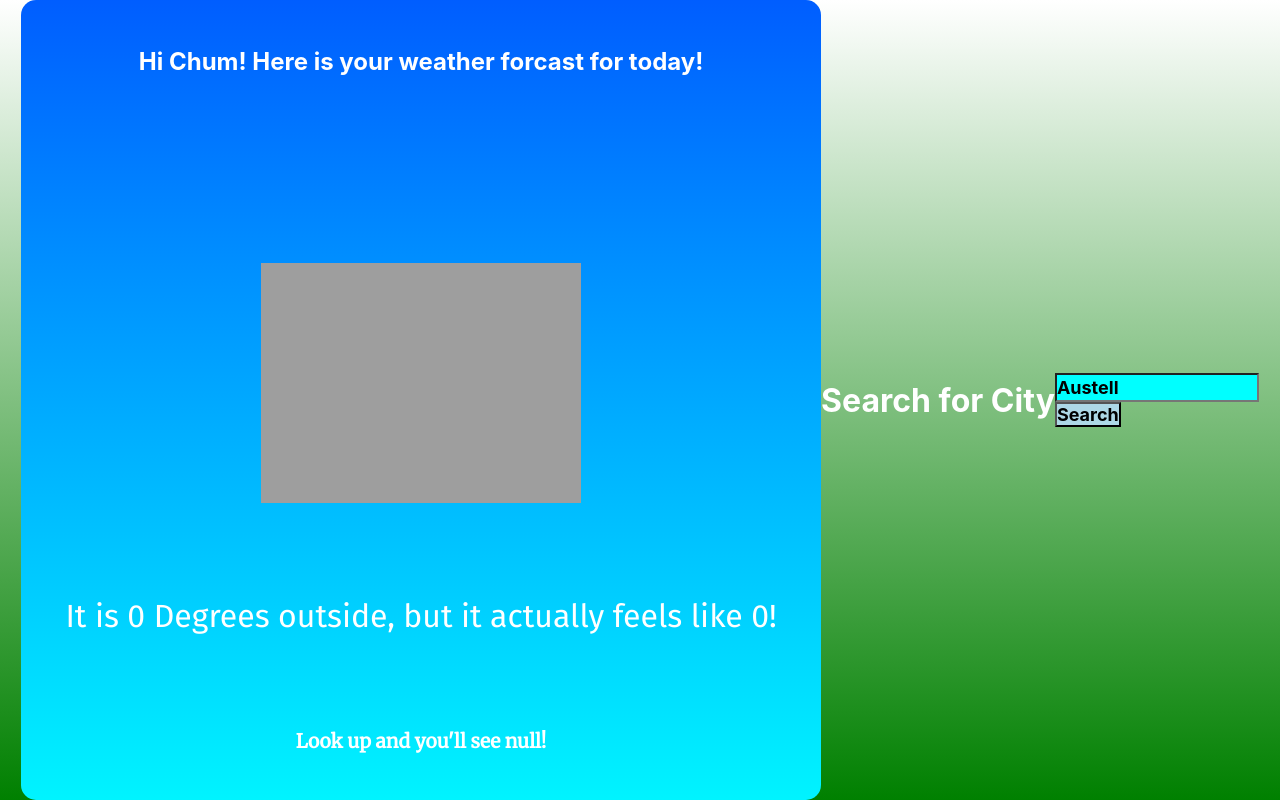
Repository: sayrilamar/chumsweatherapp
Page: /
An editor plug-in stored every save of this project. The page is shown before and after the next save, followed by the edit.
The browser window is 1280 px wide. The pictures show the whole page.
Pictures or frames that could not be fetched are drawn as grey boxes. The page's requests for data from a server got no answer. The project was rebuilt for these pictures with package versions that can differ from the ones it lists, and the page was loaded fresh each time. No one was signed in, and anything a server would have sent is missing.

Above is the page before, as saved 2020-04-19 09:04:31.

### src/index.css
* {
  margin: 0;
  padding: 0;
  font-family: -apple-system, BlinkMacSystemFont, 'Segoe UI', 'Roboto', 'Oxygen',
    'Ubuntu', 'Cantarell', 'Fira Sans', 'Droid Sans', 'Helvetica Neue',
    sans-serif;
  -webkit-font-smoothing: antialiased;
  -moz-osx-font-smoothing: grayscale;
}

body {
  background: linear-gradient(to top, green, white)
}

### src/App.js
import React, {useState, useEffect} from "react";
import "./App.css";
import WeatherCard from "./components/WeatherCard/component.js";

function App() {
  const [query,
    setQuery] = useState("Austell");
  const [weather,
    setWeather] = useState({
    temp: null,
    city: null,
    condition: null,
    country: null,
    description: null,
    feels_like: null
  });

  const data = async q => {
    const apiRes = await fetch(`http://api.openweathermap.org/data/2.5/weather?q=${q}&units=imperial&APPID=ab0ef440364092f54ff821ca2b803163`);
    const resJSON = await apiRes.json();
    return resJSON;
  };

  const handleSearch = e => {
    data(query).then(res => console.log(res));
    e.preventDefault();
    data(query).then(res => {
      setWeather({
        temp: res.main.temp,
        city: res.name,
        condition: res.weather[0].main,
        country: res.sys.country,
        description: res.weather[0].description,
        feels_like: res.main.feels_like
      });
    });
  };

  // runs once the dom is loaded for the first time only, because there is no
  // variable being watched in the dependency array
  useEffect(() => {
    data(query).then(res => {
      setWeather({
        temp: res.main.temp,
        city: res.name,
        condition: res.weather[0].main,
        country: res.sys.country,
        description: res.weather[0].description,
        feels_like: res.main.feels_like
      });
    });
  }, []);

  return (
    <div className="App">
      <div>
        <WeatherCard
          temp={Math.round(weather.temp)}
          condition={weather.condition}
          city={weather.city}
          state={weather.country}
          description={weather.description}
          feels_like={Math.round(weather.feels_like)}/>
      </div>
      <h1>Search for City</h1>
      <form>
        <div>
          <input
            className="input"
            value={query}
            onChange={e => setQuery(e.target.value)}/>
        </div>
        <div>
          <button className="button" onClick={e => handleSearch(e)}>
            Search
          </button>
        </div>
      </form>
    </div>
  );
}

export default App;

### src/App.css
@import url("https://fonts.googleapis.com/css?family=Merriweather|Fira+Sans&display=swap");


.App {
  margin: 0 auto;
  color: white;
  display: flex;
  justify-content: center;
  align-items: center;
}


h1 {
  font-weight: bold;
}

.input {
  background-color: aqua;
  font-weight: bold;
  height: 25px;
  width: 200px;
  font-size: large;
}

.button {
  height: fit-content;
  font-size: large;
  font-weight: bold;
  background-color: lightblue
}

### src/components/WeatherCard/component.js
import React from "react";
import styled from "@emotion/styled";
import Location from "./Location";
import Icon from "./Icon";
import Condition from "./Condition";

const WeatherCard = ({
    temp,
    condition,
    city,
    state,
    description,
    feels_like
}) => {
    let highColor = 0;
    let lowColor = 0;
    let bg = null;

    if (temp > 53.6) {
        highColor = (1 - (temp - 53.6) / 50.4) * 255;
        lowColor = highColor - 150;
        bg = `linear-gradient(
            to top,
            rgb(255, ${highColor}, 0),
            rgb(255, ${lowColor}, 0)
          )`;
    } else if (temp <= 53.6) {
        highColor = (1 - (temp + 4) / 89) * 255;
        lowColor = highColor - 150;
        bg = `linear-gradient(
            to top,
            rgb(0, ${highColor}, 255),
            rgb(0, ${lowColor}, 255)
          )`;
    }

    const Card = styled.div `
    margin: 0 auto;
    background: ${bg};
    width: 800px;
    height: 800px;
    display: flex;
    flex-direction: column;
    justify-content: space-around;
    align-items: center;
    border-radius: 15px;
  `;

    return (
        <Card>
            <h2>Hi Chum! Here is your weather forcast for today!</h2>
            <Location city={city} state={state}/>
            <Icon condition={condition}/>
            <Condition
                temp={temp}
                condition={condition}
                description={description}
                feels_like={feels_like}/>
        </Card>
    );
};

export default WeatherCard;

### src/components/WeatherCard/Location.js
import React from "react";
import styled from "@emotion/styled";

const Location = ({city, state}) => {
  const Container = styled.div `
    text-align: center;
  `;

  const City = styled.h1 `
    font-family: "Merriweather", sans-serif;
    font-size: 1.6rem;
  `;

  const Country = styled.h3 `
    font-family: "Fira Sans", sans-serif;
    font-size: 1.1rem;
  `;

  return (
    <Container>
      <City>{city}</City>
      <Country>{state}</Country>
    </Container>
  );
};

export default Location;

### src/components/WeatherCard/Icon.js
import React from "react";
import styled from "@emotion/styled";

// https://openweathermap.org/weather-conditions
const Icon = ({condition}) => {
  let icon;
  switch (condition) {
    case "Clouds":
      icon = `02d@2x`;
      break;
    case "Clear":
      icon = `01d@2x`;
      break;
    case "Haze":
      icon = `50d@2x`;
      break;
    case "Fog":
      icon = `50d@2x`;
      break;
    case "Tornado":
      icon = `50d@2x`;
      break;
    case "Dust":
      icon = `50d@2x`;
      break;
    case "Mist":
      icon = `50d@2x`;
      break;
    case "Snow":
      icon = `13d@2x`;
      break;
    case "Rain":
      icon = `10d@2x`;
      break;
    case "Drizzle":
      icon = `11d@2x`;
      break;
    case "Thunderstorm":
      icon = `11d@2x`;
      break;
    default:
      icon = ``;
      break;
  }

  const Icon = styled.img `
    width: 40%;
  `;

  return (<Icon src={`http://openweathermap.org/img/wn/${icon}.png`} alt="Weather Icon"/>);
};

export default Icon;

### src/components/WeatherCard/Condition.js
import React, {Fragment} from "react";
import styled from "@emotion/styled";

const Condition = ({temp, condition, description, feels_like}) => {
  const Temp = styled.h1 `
    font-family: "Fira Sans", sans-serif;
    font-size: 2rem;
    font-weight: 200;
  `;

  const State = styled.h3 `
    font-family: "Merriweather", sans-serif;
    font-size: 1.2rem;
  `;

  return (
    <Fragment>
      <Temp>
        It is {temp + " "}
        Degrees outside, but it actually feels like {feels_like}!
      </Temp>
      <State>{"Look up and you'll see " + description + "!"}</State>
    </Fragment>
  );
};

export default Condition;

Loaded but not shown: public/index.html (common file); src/index.js (common file); src/serviceWorker.js (common file)

After the next save:
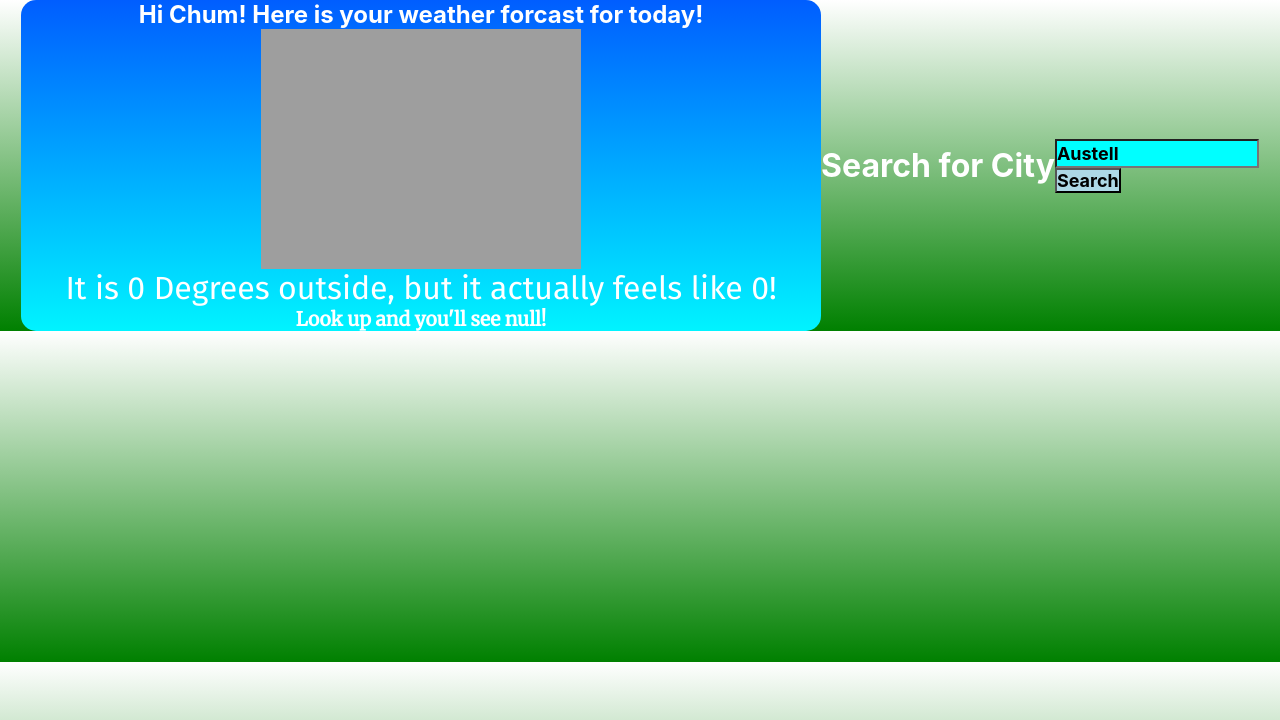
Saved 60 s later.
--- a/src/components/WeatherCard/component.js
+++ b/src/components/WeatherCard/component.js
@@ -38,7 +38,7 @@ const WeatherCard = ({
     margin: 0 auto;
     background: ${bg};
     width: 800px;
-    height: 800px;
+    height: 100%;
     display: flex;
     flex-direction: column;
     justify-content: space-around;
